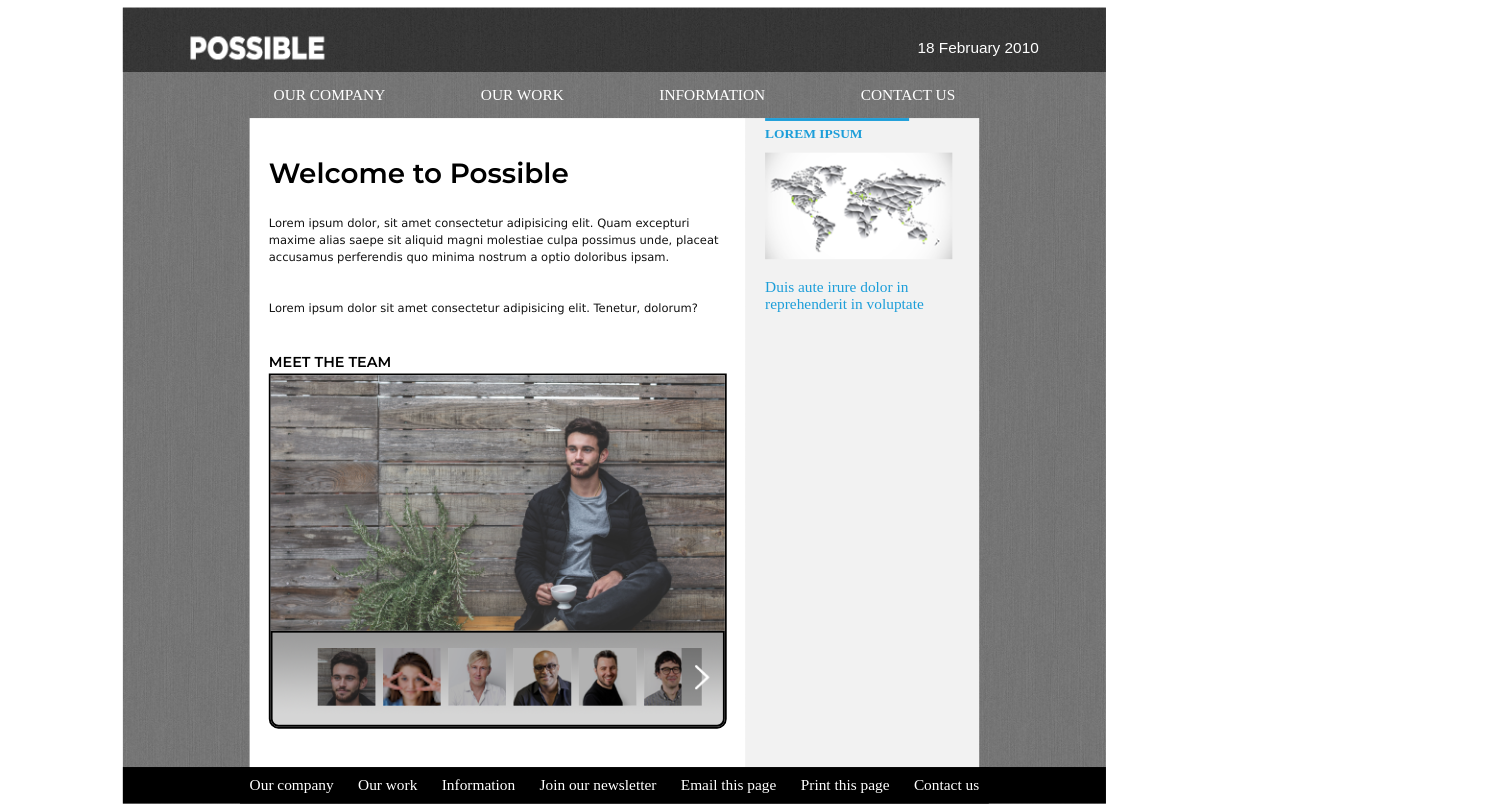
Repository: grzegorzgebala/possible-site
Page: index.html
These files come from the project's save history. The page is drawn as it stood at one moment and after the next save; the edit follows.
The browser window is 1280 px wide. The page is 1567 px wide, so the pictures cover 1567 px, including what lies to the right of the window. The pictures show the whole page, at 96% of full size.
The style sheet was rebuilt from its Sass, Less or Tailwind sources for each picture, by a compiler version that may differ from the author's.

Above is the page before, as saved 2020-02-18 18:33:21.

### index.html
<!DOCTYPE html>
<html>
	<head>
        <meta charset="utf-8">
        <link href="https://fonts.googleapis.com/css?family=Montserrat:600&display=swap" rel="stylesheet">
		<link rel="stylesheet" type="text/css" href="css/style.css">
		<title>Possible page</title>
	</head>
	<body>
        <div class="container">
            <header>
                <img src="images/logo.png" alt="possible logo">
                <div class="date">18 February 2010</div>
            </header>
            <nav class="menu">
                <ul>
                    <li>our company</li>
                    <li>our work</li>
                    <li>information</li>
                    <li>contact us</li>
                </ul>
            </nav>
            <div class="mainSite">
                <div class="leftSide">
                    <div class="welcome">Welcome to Possible</div>
                    <article>Lorem ipsum dolor, sit amet consectetur adipisicing elit. Quam excepturi maxime alias saepe sit aliquid magni molestiae culpa possimus unde, placeat accusamus perferendis quo minima nostrum a optio doloribus ipsam.</article>
                    <article>Lorem ipsum dolor sit amet consectetur adipisicing elit. Tenetur, dolorum?</article>
                    <div class="meetTitle">Meet the team</div>
                    <div class="carousel">
                        <img class="big" src="/images/employees/picture1.png" alt="possible logo">
                        <div class="descriptor">
                            <div class="personalData">Justin Cooke</div>
                            <div class="personalData">CEO, POSSIBLE UK, LONDON</div>
                        </div>
                        <div class="miniatures">
                            <button class="leftArrow arrow isHidden">
                                <img src="/images/icons/leftArrow.png" alt="leftArrow">
                            </button>
                            <div class="miniaturesContainer">
                                <ul class="carouselTrack">
                                    <li class="carouselSlide currentSlide">
                                        <div class="pictureContainer"></div>
                                        <img class="carouselImage" src="/images/employees/min1.png" alt="person1">
                                    </li>
                                    <li class="carouselSlide">
                                        <div class="pictureContainer"></div>
                                        <img class="carouselImage" src="/images/employees/min2.png" alt="person2">
                                    </li>
                                    <li class="carouselSlide">
                                        <div class="pictureContainer"></div>
                                        <img class="carouselImage" src="/images/employees/min3.png" alt="person3">
                                    </li>
                                    <li class="carouselSlide">
                                        <div class="pictureContainer"></div>
                                        <img class="carouselImage" src="/images/employees/min4.png" alt="person4">
                                    </li>
                                    <li class="carouselSlide">
                                        <div class="pictureContainer"></div>
                                        <img class="carouselImage" src="/images/employees/min5.png" alt="person5">
                                    </li>
                                    <li class="carouselSlide">
                                        <div class="pictureContainer"></div>
                                        <img class="carouselImage" src="/images/employees/min6.png" alt="person6">
                                    </li>
                                    <li class="carouselSlide">
                                        <!-- <div class="pictureContainer"></div> -->
                                        <img class="carouselImage" src="/images/employees/min7.png" alt="person7">
                                    </li>
                                    <li class="carouselSlide">
                                        <!-- <div class="pictureContainer"></div> -->
                                        <img class="carouselImage" src="/images/employees/min8.png" alt="person8">
                                    </li>
                                    <li class="carouselSlide">
                                        <!-- <div class="pictureContainer"></div> -->
                                        <img class="carouselImage" src="/images/employees/min9.png" alt="person9">
                                    </li>
                                    <li class="carouselSlide">
                                        <!-- <div class="pictureContainer"></div> -->
                                        <img class="carouselImage" src="/images/employees/min10.png" alt="person10">
                                    </li>
                                </ul>
                            </div>
                            <button class="rightArrow arrow">
                                <img src="/images/icons/rightArrow.png" alt="rightArrow">
                            </button>
                        </div>
                    </div>
                </div>
                <div class="rightSide">
                    <div class="rightTitle">lorem ipsum</div>
                    <img src="/images/map.png" alt="map">
                    <p>Duis aute irure dolor  in reprehenderit in voluptate</p>
                </div>
            </div>
            <footer>
                <ul>
                    <li>our company</li>
                    <li>our work</li>
                    <li>information</li>
                    <li>join our newsletter</li>
                    <li>email this page</li>
                    <li>print this page</li>
                    <li>contact us</li>
                </ul>
            </footer>
        </div>
    </body>
    <script type="text/javascript" src="/js/script.js"></script>
</html>

### js/script.js
const track = document.querySelector(".carouselTrack");
const slides = Array.from(track.children);
const nextButton = document.querySelector('.rightArrow');
const prevButton = document.querySelector('.leftArrow');
const imagesNav = document.getElementsByClassName('pictureContainer');
const imagesItem = Array.from(imagesNav);

const slideWidth = slides[0].getBoundingClientRect().width;

const setSlidePosition = (slide, index) => {
    slide.style.left = slideWidth * index + 'px';
};

slides.forEach(setSlidePosition);

const moveToSlide = (track, currentSlide, targetSlide) => {
    track.style.transform = 'translateX(-' + targetSlide.style.left  + ')';
    currentSlide.classList.remove('currentSlide');
    targetSlide.classList.add('currentSlide');
}

const hideShowArrows = (slides, prevButton, nextButton, targetIndex) => {
    if (targetIndex === 0) {
        prevButton.classList.add("isHidden");
        nextButton.classList.remove("isHidden");
    } else if (targetIndex === slides.length - 1) {
        prevButton.classList.remove("isHidden");
        nextButton.classList.add("isHidden");
    } else {
        prevButton.classList.remove("isHidden");
        nextButton.classList.remove("isHidden");
    }
}

nextButton.addEventListener('click', e => {
    const currentSlide = track.querySelector(".currentSlide");
    const prevSlide = currentSlide.previousElementSibling;
    const prevIndex = slides.findIndex(slide => slide === prevSlide);

    moveToSlide(track, currentSlide, prevSlide);
    hideShowArrows(slides, prevButton, nextButton, prevIndex);
});

prevButton.addEventListener('click', e => {
    const currentSlide = track.querySelector(".currentSlide");
    const nextSlide = currentSlide.nextElementSibling;
    const nextIndex = slides.findIndex(slide => slide === nextSlide);

    moveToSlide(track, currentSlide, nextSlide);
    hideShowArrows(slides, prevButton, nextButton, nextIndex);
});

track.addEventListener('click', e => {
    const targetImage = e.target.closest('div')
    if (!targetImage) return;
    // const currentSlide = track.querySelector('.currentSlide');
    const big = document.querySelector('.big');
    const targetIndex = imagesItem.findIndex(image => image === targetImage);
    const targetSlide = slides[targetIndex];
    // const targetSlideActive = targetSlide.children[0];

    imagesItem.forEach((element, index) => {
        if (index === targetIndex) {
            element.classList.add('activeImg');
            element.classList.remove('pictureContainer');
            big.setAttribute('src', `/images/employees/picture${index+1}.png`);
        } else {
            element.classList.remove('activeImg');
            element.classList.add('pictureContainer');
        }
    });
    hideShowArrows(slides, prevButton, nextButton, targetIndex);

})

// when I click left, move slides to the left
// when I click right move slide to the right

### sass/style.scss
// variables
$menuElementsColor: #ffffff;
$contentElementsColor: #000000;
$footerBackgroundColor: #000000;
$menuHooverColor: #000000;
$activeMenuColor: #1d9ed9;
$sideMenuColor: #1d9ed9;
$fontMenu: "Proxima Nova";
$leftSideBackgroundColor: #ffffff;
$rightSideBackgroundColor: #f2f2f2;
$contentHeaderFont: "Montserrat", sans-serif;;
$contentDescriptionFont: "Verdana";
$contentColor: #121212;

// page style
.container {
    max-width: 1024px;
    margin: 0 auto;
    background-image: url("/images/mainBackground.png");
}

// header style
header {
    background-image: url("/images/backgroundHeader.png");
    display: flex;
    justify-content: space-between;
    padding: 30px 70px 13px 70px;

    .date {
        color: $menuElementsColor;
        // font-size: 12px;
        line-height: 24px;
        font-family: "Arial";
        // font-weight: bold;
    }
}

// menu
.menu ul {
    max-width: 760px;
    margin: 5px auto;
    display: flex;
    justify-content: space-between;
    list-style-type: none;
    color: $menuElementsColor;
    text-transform: uppercase;
    padding: 0;

    :hover {
        background-color: $menuHooverColor;
        color: $activeMenuColor;
        cursor: pointer;
        transition: visibility 2s, opacity 0.5s linear;
    }

    li {
        padding: 10px 25px;
    }
}

// main content
.mainSite {
    max-width: 760px;
    margin: 0 auto;
    display: flex;
    justify-content: center;
    flex-direction: row;

    .leftSide {
        width: 100%;
        max-width: 520px;
        background-color: $leftSideBackgroundColor;
        padding: 40px 20px;

        .welcome {
            font-family: $contentHeaderFont;
            margin: 0;
            font-size: 29px;
            font-weight: bold;
        }

        article {
            font-family: $contentDescriptionFont;
            font-size: 12px;
            line-height: 18px;
            color: $contentColor;
            margin-top: 25px;
            margin-bottom: 35px;
        }

        .meetTitle {
            font-size: 15px;
            line-height: 24px;
            text-transform: uppercase;
            color: $contentElementsColor;
            font-family: $contentHeaderFont;
        }

        .descriptor {
            background-color: black;
            padding-left: 5px;
            position: absolute;
            width: 100%;;
            margin-top: 230px;
            // display: none;
            visibility: hidden;
            opacity: .5;

            .personalData {
                color: white;
                opacity: 1;
            }
        }

        .carousel {
            display: flex;
            max-width: 473px;
            flex-direction: column;
            border: 2px solid black;
            border-bottom-left-radius: 10px;
            border-bottom-right-radius: 10px;

            .big:hover + .descriptor {
                // display: block;
                visibility: visible;
                transition: visibility 0s linear 0.33s, opacity 0.33s linear;

            }
            .miniatures {
                // overflow: hidden;
                background-image: url("/images/carouseleBackground.png");
                display: flex;
                // justify-content: space-between;
                // align-items: center;
                // padding: 20px 15px;
                border: 2px solid black;
                border-bottom-left-radius: 8px;
                border-bottom-right-radius: 8px;

                .miniaturesContainer {
                    max-width: 500px;
                    overflow: hidden;
                    display: flex;
                    justify-content: space-between;
                }
                .carouselTrack {
                    display: flex;
                    justify-content: space-between;
                    // align-items: center;
                    list-style-type: none;
                    // width: 100%;
                    padding: 0;

                    .carouselSlide {
                        margin: 0 4px;
                        // margin-right: 10px;
                        // height: 60px;
                        // width: 60px;
                        .carouselImage {

                            // width: 100%;
                            object-fit: cover;
                        }
                    }
                }

                .pictureContainer {
                    width: 60px;
                    height: 60px;
                    position: absolute;
                    z-index: 1;
                    background: black;
                    opacity: .3;
                }

                .activeImg {
                    position: absolute;
                    z-index: 1;
                    width: 54px;
                    height: 54px;
                    border: 3px solid $sideMenuColor;
                }

                .arrow {
                    margin: 0 14px;
                    z-index: 1;
                }

                button {
                    background: none;
                    color: inherit;
                    border: none;
                    padding: 0;
                    font: inherit;
                    cursor: pointer;
                    outline: inherit;
                }

                .isHidden {
                    visibility: hidden;
                }
            }
        }
    }


    .rightSide {
        background-color: $rightSideBackgroundColor;
        width: 100%;
        padding-left: 20px;

        .rightTitle {
            text-transform: uppercase;
            color: $sideMenuColor;
            font-weight: bold;
            font-size: 14px;
            line-height: 18px;
            border-top: 3px solid $sideMenuColor;
            width: 150px;
            margin-bottom: 10px;
            padding-top: 5px;
        }

        p {
            color: $sideMenuColor;
        }
    }

}

// footer
footer {
    background: $footerBackgroundColor;
}

footer ul {
    display: flex;
    justify-content: space-between;
    max-width: 760px;
    margin: 0 auto;
    list-style-type: none;
    color: $menuElementsColor;
    background: $footerBackgroundColor;
    padding: 10px;

    :hover {
        color: $activeMenuColor;
        cursor: pointer;
    }

    li::first-letter {
        text-transform: uppercase;
    }
}

After the next save:
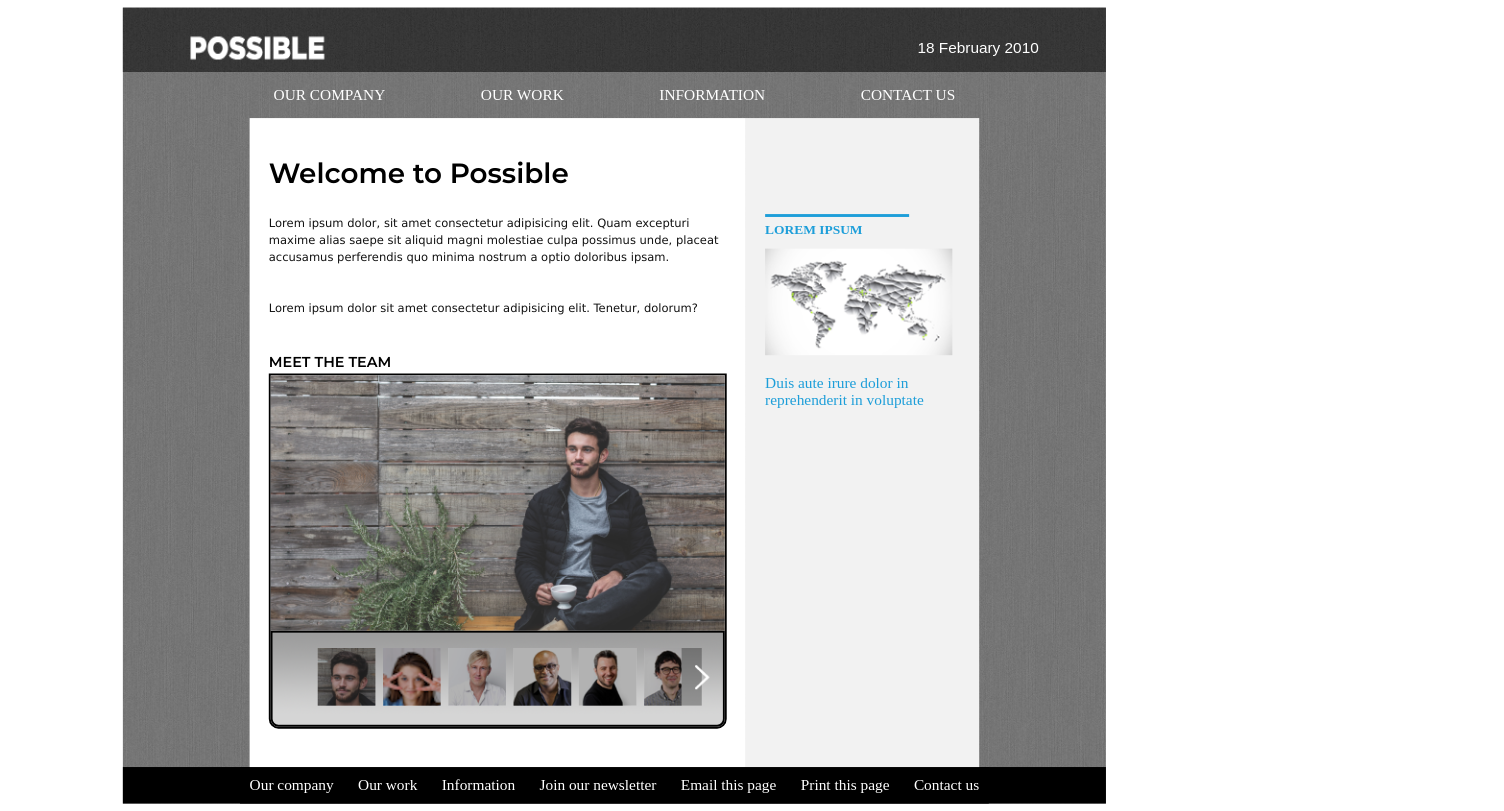
Saved 7 s later.
--- a/sass/style.scss
+++ b/sass/style.scss
@@ -208,6 +208,7 @@ header {
         background-color: $rightSideBackgroundColor;
         width: 100%;
         padding-left: 20px;
+        padding-top: 100px;
 
         .rightTitle {
             text-transform: uppercase;
